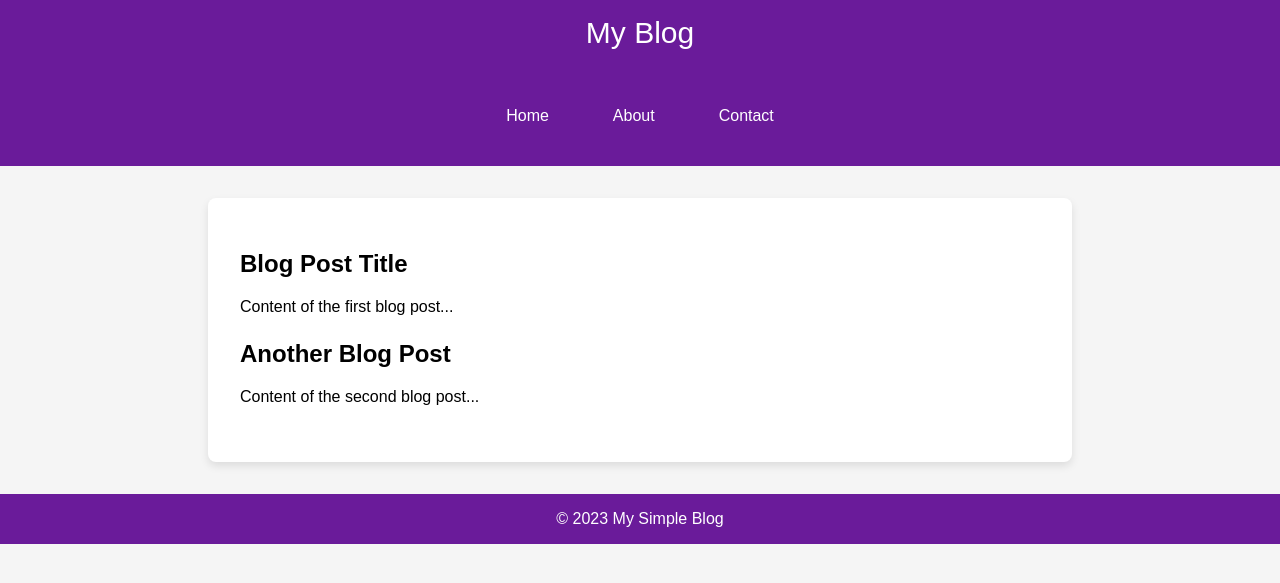
Repository: Femi007-gh/BLOG
Page: index.html
These files come from the project's save history. The page is drawn as it stood at one moment and after the next save; the edit follows.
The browser window is 1280 px wide. The pictures show the whole page.

Above is the page before, as saved 2025-01-08 09:22:46.

After the next save:
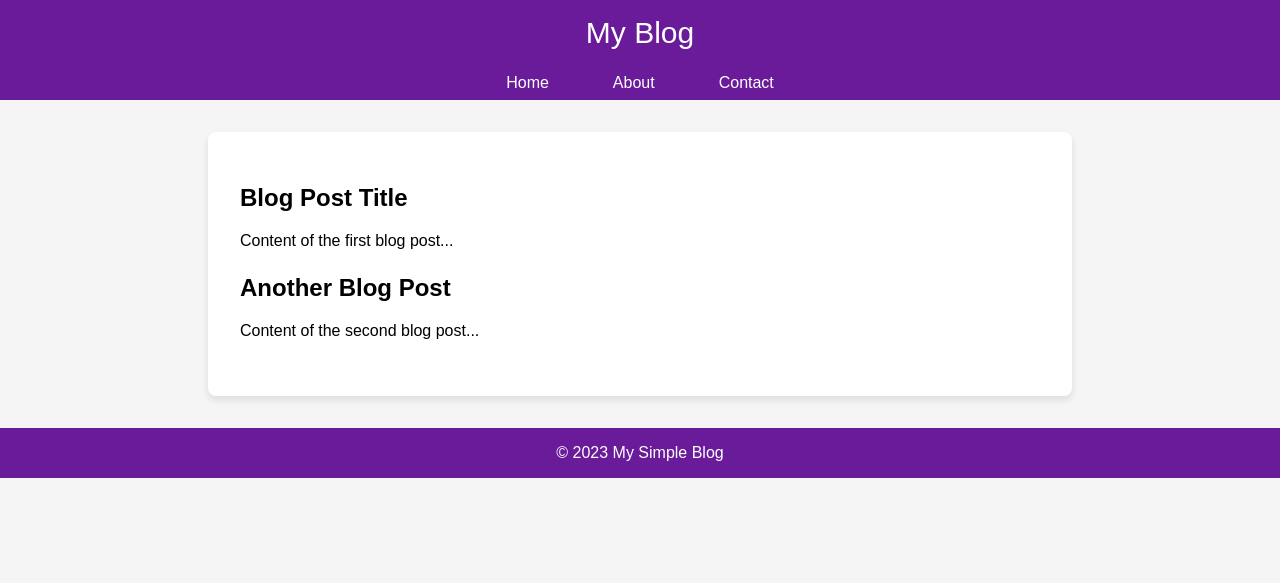
Saved 2 min 52 s later.
--- a/style.css
+++ b/style.css
@@ -14,12 +14,7 @@ header {
 
 nav {
   background-color: #6a1b9a;
-  height: 100px;
-  display: flex;
-  flex-direction: column;
-  justify-content: center;
-  align-items: center;
-  color: white;
+
 }
 
 ul {
